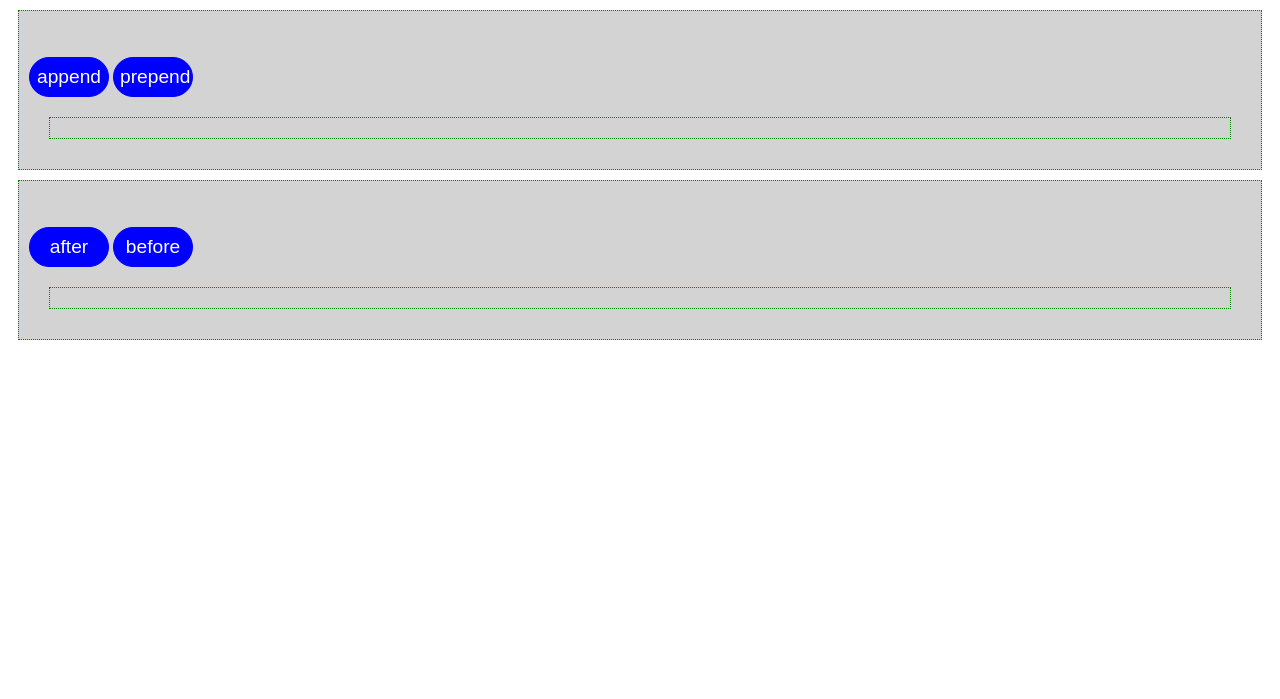
Repository: JJaeHwan/HTML
Page: jquerypro/WebContent/0113/추가메소드.html
An editor plug-in stored every save of this project. The page is shown before and after the next save, followed by the edit.
The browser window is 1280 px wide. The pictures show the whole page.

Above is the page before, as saved 2023-01-13 04:59:40.

### jquerypro/WebContent/0113/추가메소드.html
<!DOCTYPE html>
<html>
<head>
<meta charset="UTF-8">
<title>Insert title here</title>
<link rel="stylesheet" href="../css/public.css">
<script src="../js/jquery-3.6.3.min.js" type="text/javascript"></script>
</head>
<body>


<div class="box">
	<br><br>
	<input type="button" value="append" id="btn1">
	<input type="button" value="prepend" id="btn2">
	<br>

	<div id="res1"></div>
</div>

<div class="box">
	<br><br>
	<input type="button" value="after" id="btn3">
	<input type="button" value="before" id="btn4">
	<br>

	<div id="res3"></div>
</div>
</body>
</html>

### jquerypro/WebContent/css/public.css
@charset "UTF-8";

pre{

	font-size: 1.5em;
	border: 5px double blue;
	border-left : none;
	border-right: none;
	padding: 10px;
	background-color: skyblue;

}

  .box{
  	margin: 10px;
  	padding: 10px;
  	border: 1px dotted green;
  	background-color: lightgray;

  }
  .box div{
  	/* height: 100px; */
  	padding: 10px;
  	margin: 20px;
  	border: 1px dotted green;
  }
  input[type=button]{
  	width: 80px;
  	height: 40px;
  	background: blue;
  	color: white;
  	font-size: 1.2em;
  	border-radius: 20px;
  	border : 1px solid blue;
  }

Loaded but not shown: jquerypro/WebContent/js/jquery-3.6.3.min.js (library)

After the next save:
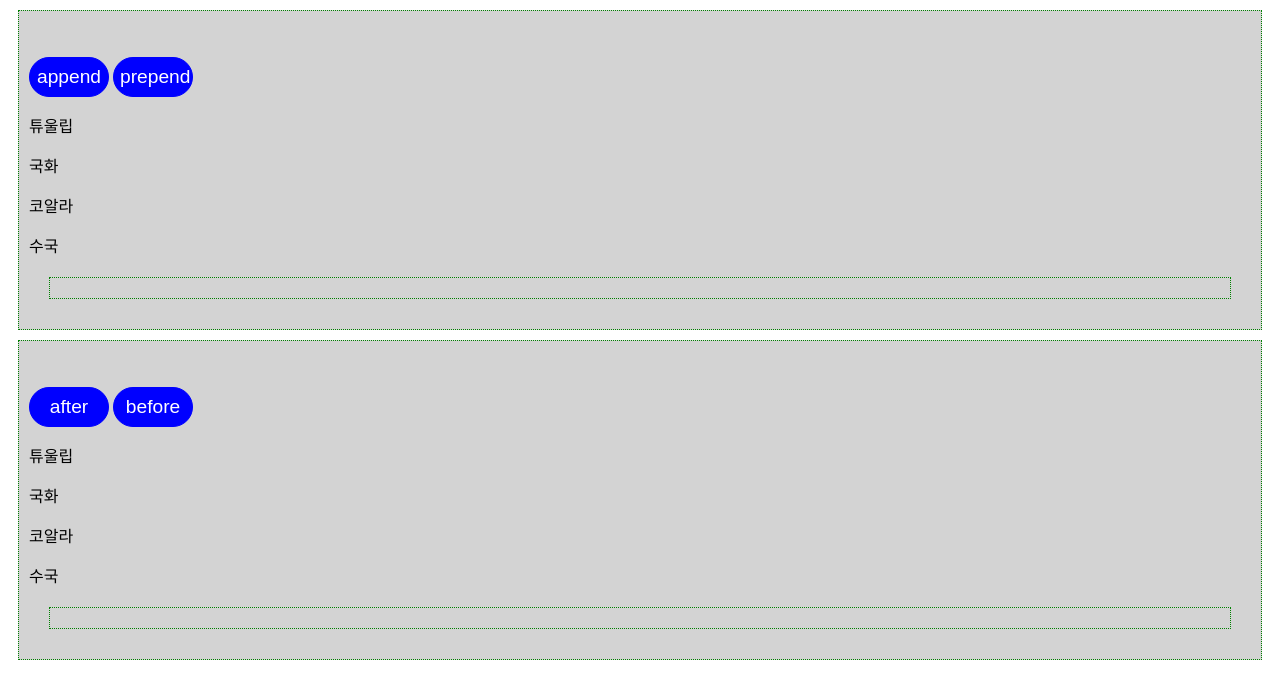
Saved 65 s later.
--- a/jquerypro/WebContent/0113/추가메소드.html
+++ b/jquerypro/WebContent/0113/추가메소드.html
@@ -14,6 +14,11 @@
 	<input type="button" value="append" id="btn1">
 	<input type="button" value="prepend" id="btn2">
 	<br>
+	 <p title="Tulips">튜울립</p>
+ 	 <p title="Chrysanthemum">국화</p>
+ 	 <p title="Koala">코알라</p>
+ 	 <p title="Hydrangeas">수국     </p>
+
 
 	<div id="res1"></div>
 </div>
@@ -24,6 +29,11 @@
 	<input type="button" value="before" id="btn4">
 	<br>
 
+	<p title="Tulips">튜울립</p>
+    <p title="Chrysanthemum">국화</p>
+    <p title="Koala">코알라</p>
+    <p title="Hydrangeas">수국     </p>
+
 	<div id="res3"></div>
 </div>
 </body>
